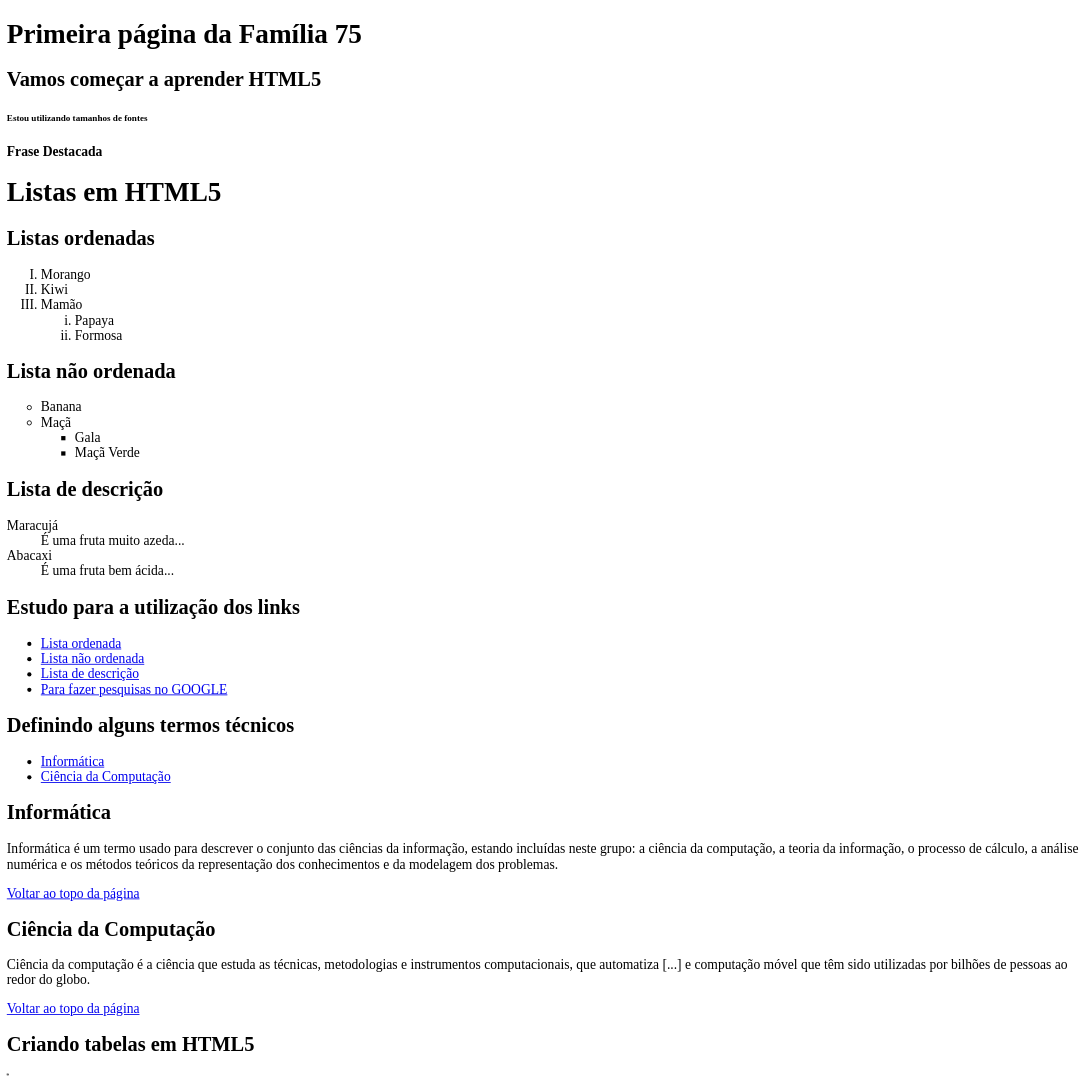
Repository: Thichi99/BootcampGen75
Page: Familia75/index.html
An editor plug-in stored every save of this project. The page is shown before and after a run of saves, followed by the edit.
The browser window is 1280 px wide. The pictures show the whole page, at 85% of full size.

Above is the page before, as saved 2024-07-26 11:37:50.

### Familia75/index.html
<!DOCTYPE html> <!--Estou indicando que é um documento do tipo HTML-->
<html lang="pt-br">
<head>
    <meta charset="UTF-8">
    <meta name="viewport" content="width=device-width, initial-scale=1.0">
    <meta name="author" content="Luís Guerreiro">
    <meta name="description" content="Minha primeira pagina Web -- Olá Mundo!!!">
    <meta name="keywords" content="Pobreza,erradicação,familia">
    <title>Família 75</title>
</head>
<body>
   <h1>Primeira página da Família 75</h1>
   <h2>Vamos começar a aprender HTML5</h2>
   <h6>Estou utilizando tamanhos de fontes</h6>
   <strong>Frase Destacada</strong>
   <h1>Listas em HTML5</h1>
   <h2>Listas ordenadas</h2>
   <ol type="I">
        <li>Morango</li>
        <li>Kiwi</li>
        <li>Mamão
            <ol type="i">
                <li>Papaya</li>
                <li>Formosa</li>
            </ol>
        </li>
   </ol>
   <h2>Lista não ordenada</h2>
   <ul type="circle">
        <li>Banana</li>
        <li>Maçã
            <ul type="square">
                <li>Gala</li>
                <li>Maçã Verde</li>
            </ul>
        </li>
   </ul>
   <h2>Lista de descrição</h2>
   <dl>
        <dt>Maracujá</dt>
        <dd>É uma fruta muito azeda...</dd>
        <dt>Abacaxi</dt>
        <dd>É uma fruta bem ácida...</dd>
   </dl>

   <h2>Estudo para a utilização dos links</h2>
   <ul>
    <li><a href=".\ordenada.html">Lista ordenada</a></li>
    <li><a href=".\naoOrdenada.html">Lista não ordenada</a></li>
    <li><a href=".\listadescricao.html">Lista de descrição</a></li>
    <li><a href="http://google.com" target="_blank">Para fazer pesquisas no GOOGLE</a></li>

   </ul>

   <h2>Definindo alguns termos técnicos</h2>
   <ul>
    <li><a href="#Info1">Informática</a></li>
    <li><a href="#Computação">Ciência da Computação</a></li>
   </ul>
   <a name="Info1" title="Descrição de informática">
    <h2>Informática</h2>
   </a>
   <p>
    Informática é um termo usado para descrever o conjunto das ciências da informação,
estando incluídas neste grupo: a ciência da computação, a teoria da informação, o
processo de cálculo, a análise numérica e os métodos teóricos da representação dos
conhecimentos e da modelagem dos problemas.
   </p>
   <p><a href="#">Voltar ao topo da página</a></p>

   <a name="Computação" title="Ciência da Computação">
    <h2>Ciência da Computação</h2>
   </a>
   <p>
    Ciência da computação é a ciência que estuda as técnicas, metodologias e instrumentos
computacionais, que automatiza [...] e computação móvel que têm sido utilizadas por bilhões de
pessoas ao redor do globo.
   </p>
   <p><a href="#">Voltar ao topo da página</a></p>

   <h2>Criando tabelas em HTML5</h2>
   <table border="1" cellpading="10">
    <tr></tr>
   </table>
</body>
</html>

After the next 3 saves:
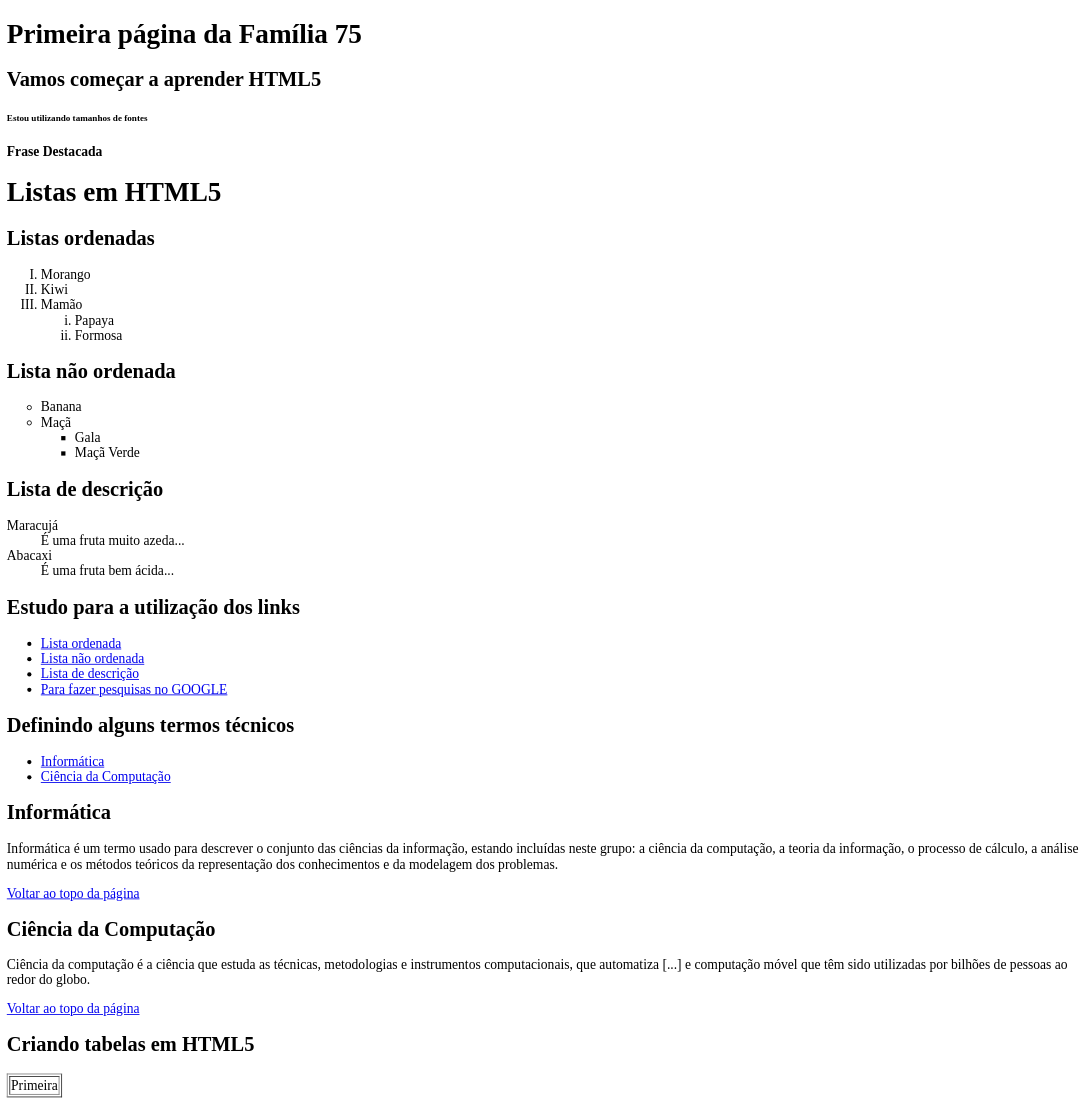
The 3 saves are shown as one change because they came seconds apart.
The last was saved 16 s later.
--- a/Familia75/index.html
+++ b/Familia75/index.html
@@ -80,7 +80,9 @@ pessoas ao redor do globo.
 
    <h2>Criando tabelas em HTML5</h2>
    <table border="1" cellpading="10">
-    <tr></tr>
+    <tr>
+        <td>Primeira</td>
+    </tr>
    </table>
 </body>
 </html>
